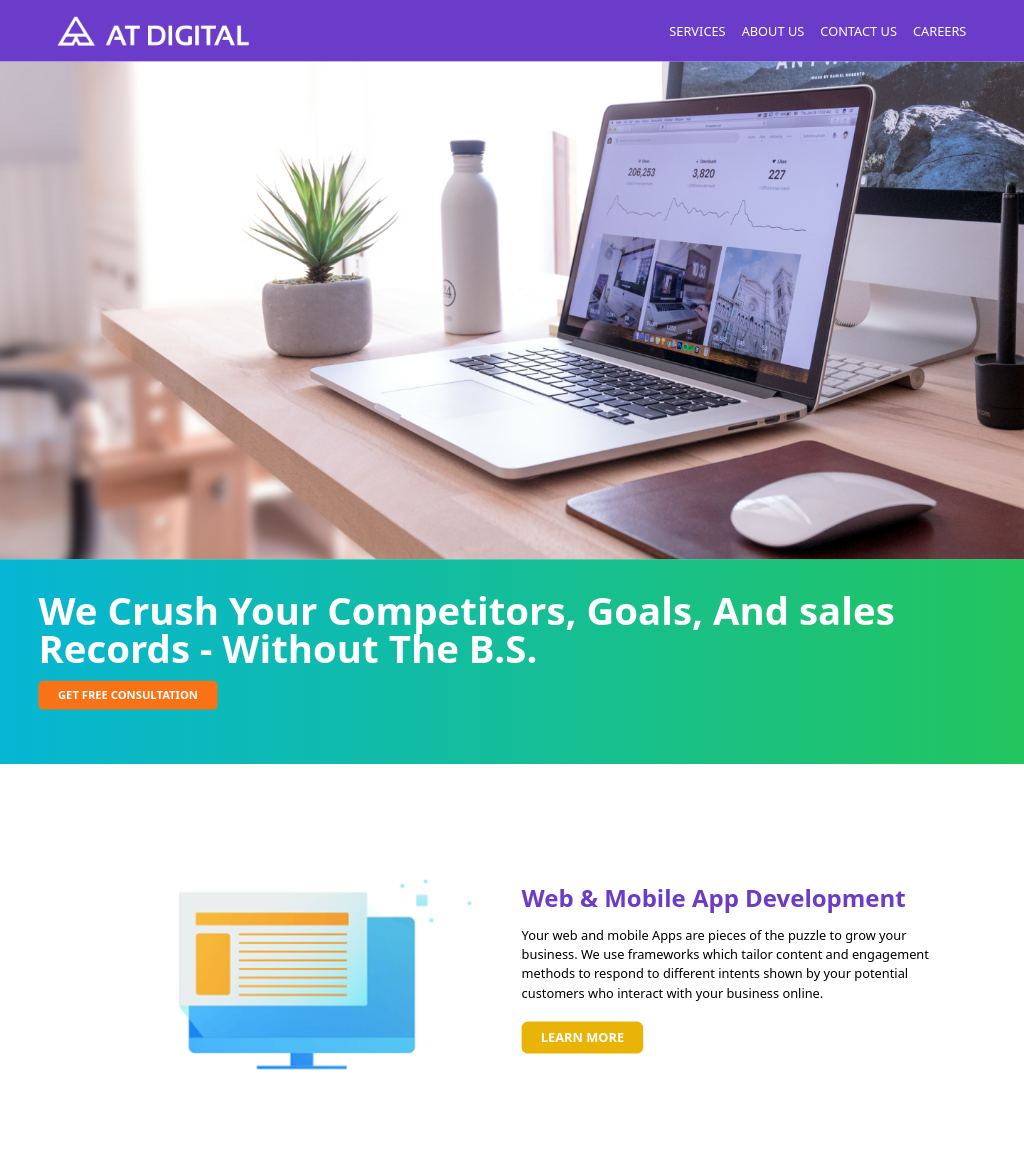
Repository: Milith97/AT-Digital-Website
Page: /
The author's editor kept a copy of each file at every save. The page is drawn from the files as they stood at one save, then again after the next save.
The browser window is 1280 px wide. The pictures show the whole page, at 80% of full size.
The project was rebuilt for these pictures with package versions that can differ from the ones it lists, and the page was loaded fresh each time. Also part of the build but not shown: vite.config.js.

Above is the page before, as saved 2024-04-06 22:04:24.

### src/App.jsx
// App.js or your main component file
import React from 'react';
import NavBar from './Components/NavBar';
import HomePage from './Components/HomePage';
import Servicers from './Components/Servicers'

function App() {
  return (
    <div className="App">
      <NavBar />
      <HomePage />
      <Servicers/>
    </div>
  );
}

export default App;

### src/Components/NavBar.jsx
import React, { useState } from 'react';
import Logo from '../assets/Img/Logo.png';

const NavBar = () => {
    const [isOpen, setIsOpen] = useState(false);

    return (
        <nav className="bg-[#6B3CC9]">
            <div className="max-w-1440px max-h-20 xl:px-16 md:px-7 sm:px-11 max-lg:mx-6">
                <div className="flex justify-between">
                    <div>
                        <a href="#" className={`flex items-center py-5 sm:px-2 ${isOpen ? 'hidden' : 'flex'}`}>
                            <img src={Logo} alt="Logo" />
                        </a>
                    </div>
                    <div className={`hidden md:flex font-medium text-white items-center space-x-1 ${isOpen ? 'flex' : 'hidden'}`}>
                        <a href="#" className="py-5 px-2 ">SERVICES</a>
                        <a href="#" className="py-5 px-2 ">ABOUT US</a>
                        <a href="#" className="py-5 px-2 ">CONTACT US</a>
                        <a href="#" className="py-5 px-2 ">CAREERS</a>
                    </div>
                    <div className="md:hidden flex items-center ">
                        <button onClick={() => setIsOpen(!isOpen)} className="text-white focus:outline-none">
                            {!isOpen ? (
                                <svg className="h-14 w-10" stroke="white" viewBox="0 0 24 24" >
                                    <path strokeLinecap="round" strokeLinejoin="round" strokeWidth="3" d="M4 6h16M4 12h16M4 18h16" />
                                </svg>
                            ) : (
                                <svg className="h-12 w-8" stroke="black" viewBox="0 0 24 24" >
                                    <path strokeLinecap="round" strokeLinejoin="round" strokeWidth="3" d="M6 18L18 6M6 6l12 12" />
                                </svg>
                            )}
                        </button>
                    </div>
                </div>
            </div>
            <div className={`${isOpen ? 'block' : 'hidden'} md:hidden`}>
                <div className="bg-white">
                    <a href="#" className="block py-2 px-4 text-sm text-black-500 ">HOME</a>
                    <a href="#" className="block py-2 px-4 text-sm text-black-500">SERVICES</a>
                    <a href="#" className="block py-2 px-4 text-sm text-black-500">ABOUT US</a>
                    <a href="#" className="block py-2 px-4 text-sm text-black-500">CONTACT US</a>
                    <a href="#" className="block py-2 px-4 text-sm text-black-500">CAREERS</a>
                </div>
            </div>
        </nav>
    );
};

export default NavBar;

### src/Components/HomePage.jsx
import React from 'react';
import backgroundImage from '../assets/Img/Home.png';

const HomePage = () => {
    return (
        <div className=''>
            <div>
                <img src={backgroundImage} alt="Home Image" />
            </div>
            <div className='h-64 max-w-full bg-gradient-to-r from-cyan-500 to-green-500 '>
                <div className='text-lg py-6 px-12 '>
                    <p className='font-bold text-5xl text-white py-4'>We Crush Your Competitors, Goals, And sales Records - Without The B.S.</p>
                    <div className=''>
                        <button className='bg-orange-500 text-white font-bold text-sm h-9 w-56 rounded-md'>GET FREE CONSULTATION</button>
                    </div>
                </div>
            </div>
        </div>
    );
};

export default HomePage;

### src/Components/Servicers.jsx
import React from 'react';
import Service1 from '../assets/Img/Service1.png';
const Servicers = () => {
    return (
        <div className="flex flex-col md:flex-row items-center justify-center">
            <div className=" lg:w-2/5 xl:w-2/5 flex-shrink-0 mb-6 md:mb-0 mr-0 md:mr-6">
                <img src={Service1} alt="Service Image" className="w-full h-full object-cover" />
            </div>

            {/* Right Side (Content) */}
            <div className="max-w-lg">
                <h2 className="sm:text-3xl md:text-2xl lg:text-3xl xl:text-3xl 2xl:text:4xl  font-bold mb-4 text-[#6B3CC9]">Web & Mobile App Development</h2>
                <p className="sm:text-xl md:text-lg lg:text-lg xl:text-base 2xl:text-xl font-normal  mb-6 ">Your web and mobile Apps are pieces of the puzzle to grow your business. We use frameworks which tailor content and engagement methods to respond to different intents shown by your potential customers who interact with your business online.</p>
                <button className="bg-yellow-500 text-white font-bold py-2 px-6 rounded-lg hover:bg-yellow-600 transition-colors">LEARN MORE</button>
            </div>
        </div>
    );
};

export default Servicers;

Loaded but not shown: index.html (common file); src/main.jsx (common file); src/index.css (common file); tailwind.config.js (common file)

After the next save:
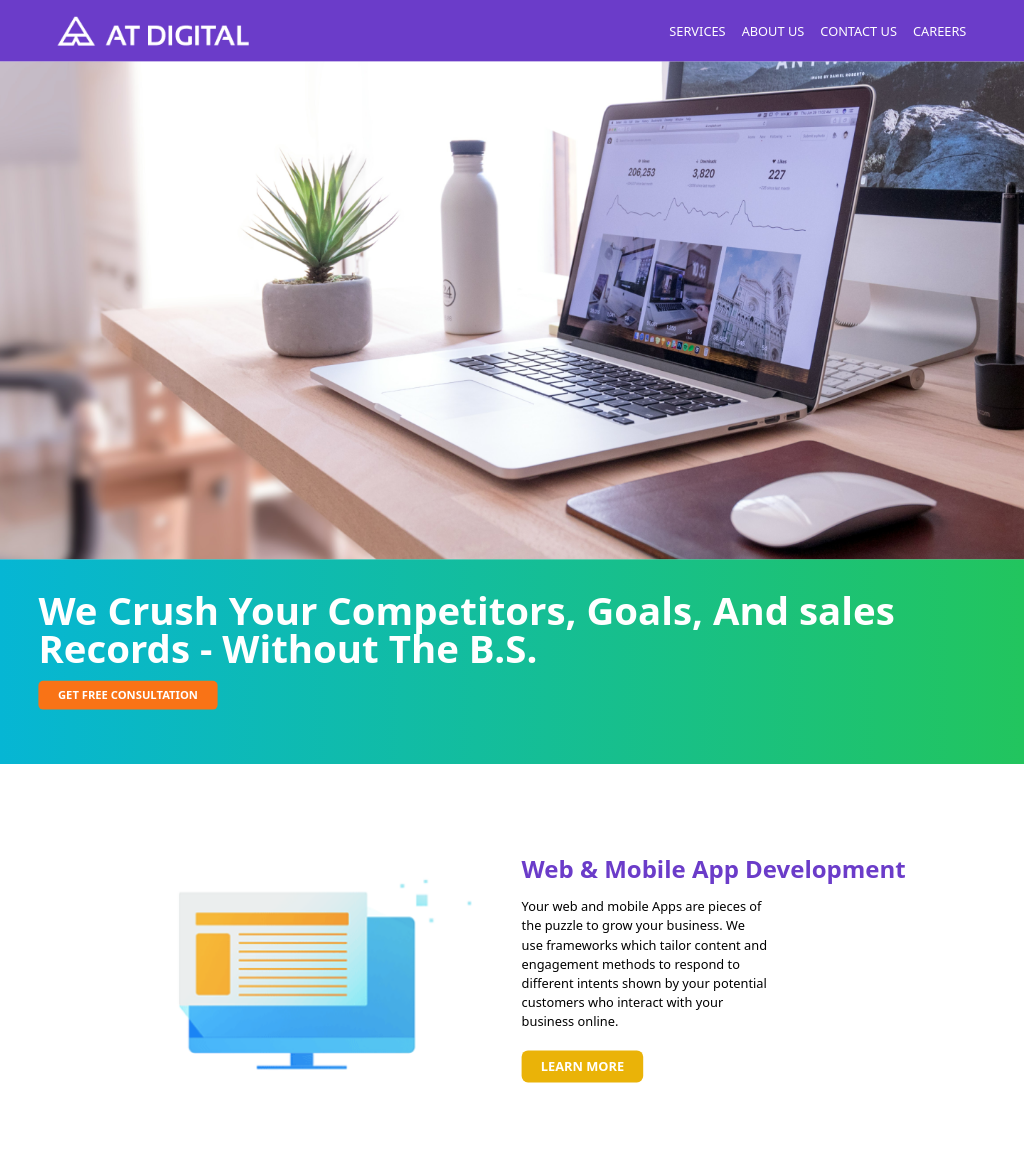
Saved 50 s later.
--- a/src/Components/Servicers.jsx
+++ b/src/Components/Servicers.jsx
@@ -10,7 +10,7 @@ const Servicers = () => {
             {/* Right Side (Content) */}
             <div className="max-w-lg">
                 <h2 className="sm:text-3xl md:text-2xl lg:text-3xl xl:text-3xl 2xl:text:4xl  font-bold mb-4 text-[#6B3CC9]">Web & Mobile App Development</h2>
-                <p className="sm:text-xl md:text-lg lg:text-lg xl:text-base 2xl:text-xl font-normal  mb-6 ">Your web and mobile Apps are pieces of the puzzle to grow your business. We use frameworks which tailor content and engagement methods to respond to different intents shown by your potential customers who interact with your business online.</p>
+                <p className="lg:w-3/5 sm:text-xl md:text-lg lg:text-lg xl:text-base 2xl:text-xl font-normal  mb-6 ">Your web and mobile Apps are pieces of the puzzle to grow your business. We use frameworks which tailor content and engagement methods to respond to different intents shown by your potential customers who interact with your business online.</p>
                 <button className="bg-yellow-500 text-white font-bold py-2 px-6 rounded-lg hover:bg-yellow-600 transition-colors">LEARN MORE</button>
             </div>
         </div>
